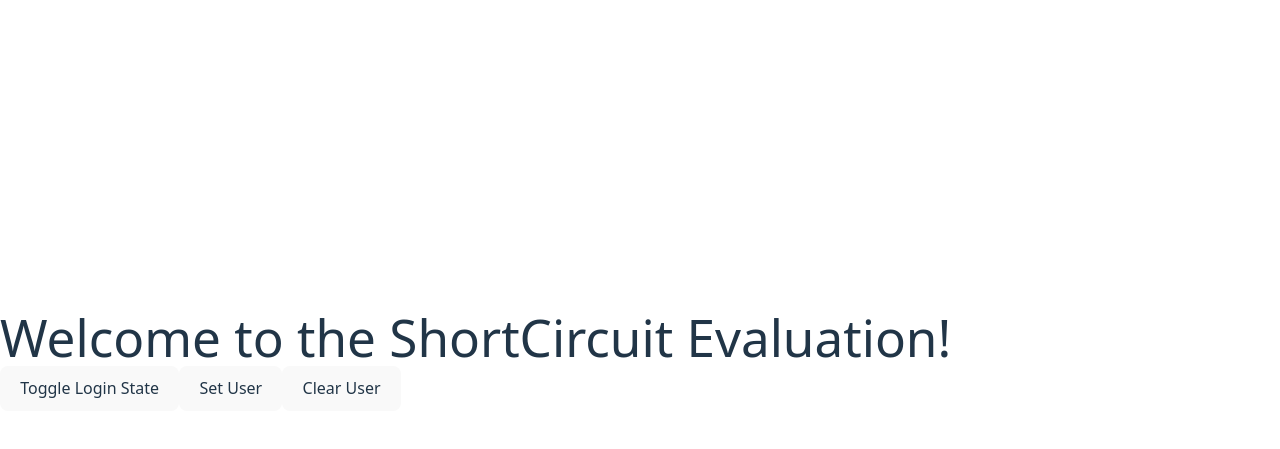
Repository: rushikesh-kolpe21/React_lectures
Page: / (app in React_bun/), after clicking the first element matching `div.grid-three-cols > :nth-child(2)`
An editor plug-in stored every save of this project. The page is shown before and after the next save, followed by the edit.
The browser window is 1280 px wide. The pictures show the whole page.
The project was rebuilt for these pictures with package versions that can differ from the ones it lists, and the page was loaded fresh each time. Also part of the build but not shown: React_bun/vite.config.js, React_bun/src/components/DericedState.jsx, React_bun/src/components/EventProps.jsx, React_bun/src/components/SeriesCards.jsx, React_bun/src/components/Netflix.jsx, React_bun/src/components/Profile.jsx, React_bun/src/components/ToogleSwitch.jsx, React_bun/src/projects/Todo/TodoForm.jsx and 3 more.

Above is the page before, as saved 2025-12-07 08:09:11.

After the next save:
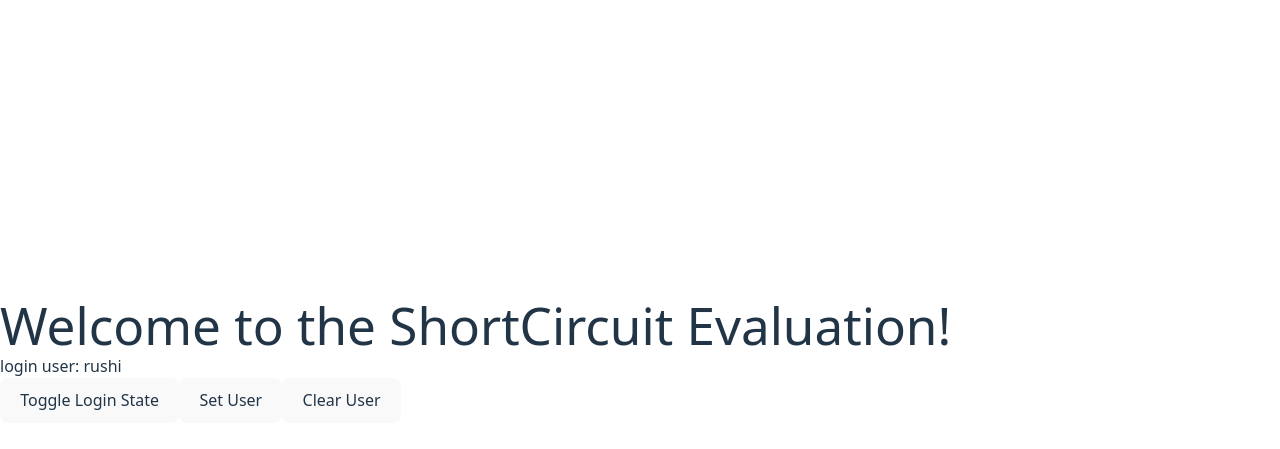
Saved 46 s later.
--- a/React_bun/src/components/ShortCircuit.jsx
+++ b/React_bun/src/components/ShortCircuit.jsx
@@ -14,6 +14,7 @@
     { isLoggedIn && <p>You are logged in!</p>}
 
       {/* Another example of short circuit evaluation */}
+      {user && <p>login user: {user}</p>}
 
       <div className="grid-three-cols">
         <button onClick={()=>setLoggedIn(!isLoggedIn)}>Toggle Login State</button>
